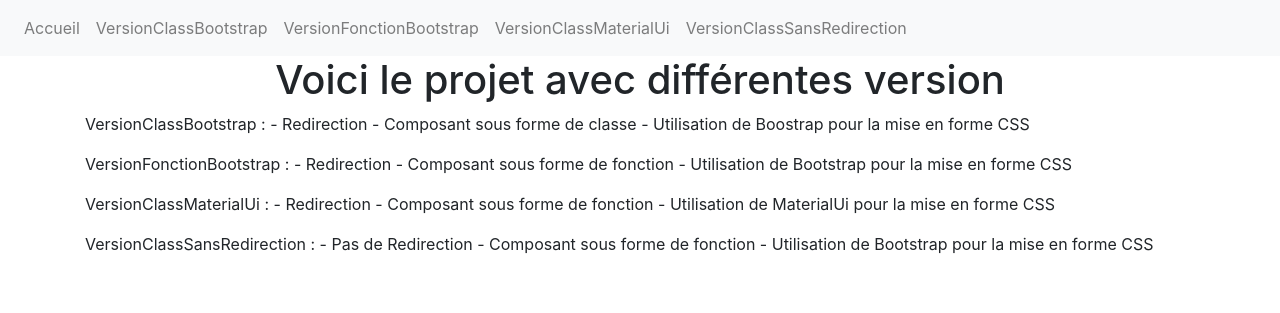
Repository: LudovicB21/CountryTest
Page: /
The author's editor kept a copy of each file at every save. The page is drawn from the files as they stood at one save, then again after the next save.
The browser window is 1280 px wide. The pictures show the whole page.
The project was rebuilt for these pictures with package versions that can differ from the ones it lists, and the page was loaded fresh each time. Also part of the build but not shown: src/components/VersionClassBootstrap/ListPays.components.js, src/components/VersionClassMaterialUi/ListPays.components.js, src/components/VersionFonctionBoostrap/ListPays.components.js, src/components/VersionSansRedirection/ListPays.component.js, src/components/VersionClassBootstrap/InfoPays.components.js, src/components/VersionClassMaterialUi/InfoPays.components.js, src/components/VersionFonctionBoostrap/InfoPays.components.js.

Above is the page before, as saved 2020-10-29 12:18:41.

### public/index.html
<!DOCTYPE html>
<html lang="en">
  <head>
    <meta charset="utf-8" />
    <link rel="icon" href="%PUBLIC_URL%/favicon.ico" />
    <link rel="stylesheet" href="https://cdn.jsdelivr.net/npm/bootstrap@4.5.3/dist/css/bootstrap.min.css" integrity="sha384-TX8t27EcRE3e/ihU7zmQxVncDAy5uIKz4rEkgIXeMed4M0jlfIDPvg6uqKI2xXr2" crossorigin="anonymous">
    <meta name="viewport" content="width=device-width, initial-scale=1" />
    <meta name="theme-color" content="#000000" />
    <meta
      name="description"
      content="Web site created using create-react-app"
    />
    <link rel="apple-touch-icon" href="%PUBLIC_URL%/logo192.png" />
    <!--
      manifest.json provides metadata used when your web app is installed on a
      user's mobile device or desktop. See https://developers.google.com/web/fundamentals/web-app-manifest/
    -->
    <link rel="manifest" href="%PUBLIC_URL%/manifest.json" />
    <link
      rel="stylesheet"
      href="https://maxcdn.bootstrapcdn.com/bootstrap/4.5.0/css/bootstrap.min.css"
      integrity="sha384-9aIt2nRpC12Uk9gS9baDl411NQApFmC26EwAOH8WgZl5MYYxFfc+NcPb1dKGj7Sk"
      crossorigin="anonymous"
    />
    <link rel="stylesheet" href="https://cdn.jsdelivr.net/npm/bootstrap@4.5.3/dist/css/bootstrap.min.css" integrity="sha384-TX8t27EcRE3e/ihU7zmQxVncDAy5uIKz4rEkgIXeMed4M0jlfIDPvg6uqKI2xXr2" crossorigin="anonymous">

    <!--
      Notice the use of %PUBLIC_URL% in the tags above.
      It will be replaced with the URL of the `public` folder during the build.
      Only files inside the `public` folder can be referenced from the HTML.

      Unlike "/favicon.ico" or "favicon.ico", "%PUBLIC_URL%/favicon.ico" will
      work correctly both with client-side routing and a non-root public URL.
      Learn how to configure a non-root public URL by running `npm run build`.
    -->
    <title>React App</title>
  </head>
  <body>
    <noscript>You need to enable JavaScript to run this app.</noscript>
    <div id="root"></div>
    <!--
      This HTML file is a template.
      If you open it directly in the browser, you will see an empty page.

      You can add webfonts, meta tags, or analytics to this file.
      The build step will place the bundled scripts into the <body> tag.

      To begin the development, run `npm start` or `yarn start`.
      To create a production bundle, use `npm run build` or `yarn build`.
    -->
  </body>
</html>

### src/App.js
import React from 'react';
import './App.css';
import ListPays from "./components/VersionClassBootstrap/ListPays.components"
import ListPaysMaterial from "./components/VersionClassMaterialUi/ListPays.components"
import ListPaysFonction from "./components/VersionFonctionBoostrap/ListPays.components"
import ListPaysSansRedirection from "./components/VersionSansRedirection/ListPays.component"
import Accueil from "./components/Accueil"
import { BrowserRouter as Router, Route, Switch} from 'react-router-dom'
import InfoPays from "./components/VersionClassBootstrap/InfoPays.components"
import InfosPaysMaterial from "./components/VersionClassMaterialUi/InfoPays.components"
import InfoPaysFonction from "./components/VersionFonctionBoostrap/InfoPays.components"
import Nav from "./components/Navigation"
function App() {
  return (
    <div className="App">
        <Router>
          <Nav />
          <Switch>
            <Route path="/"  exact component={Accueil} />
            <Route path="/VersionClassBootstrap" exact component={ListPays} />
            <Route path="/VersionFonctionBoostrap" exact component={ListPaysFonction} />
            <Route path="/VersionClassMaterialUi" exact component={ListPaysMaterial} />
            <Route path="/VersionSansRedirection" exact component={ListPaysSansRedirection} />
            <Route path="/VersionClassMaterialUi/:id" component={InfosPaysMaterial} />
            <Route path="/VersionClassBootstrap/:id"  component={InfoPays }/>
            <Route path="/VersionFonctionBoostrap/:id" component={InfoPaysFonction} />
          </Switch>
        </Router>
    </div>
  );
}

export default App;

### src/components/Accueil.js
import React, { Component } from 'react'

class Accueil extends Component {
    render() {
        return (
            <div className="container">
                <h1> Voici le projet avec différentes version  </h1>
                <div style={{textAlign: "left"}}>
                    <p> VersionClassBootstrap :{"\n"}
                        - Redirection
                        - Composant sous forme de classe
                        - Utilisation de Boostrap pour la mise en forme CSS
                    </p>
                    <p> VersionFonctionBootstrap :{"\n"}
                        - Redirection
                        - Composant sous forme de fonction
                        - Utilisation de Bootstrap pour la mise en forme CSS
                    </p>
                    <p> VersionClassMaterialUi :{"\n"}
                        - Redirection
                        - Composant sous forme de fonction
                        - Utilisation de MaterialUi pour la mise en forme CSS
                    </p>
                    <p> VersionClassSansRedirection :{"\n"}
                        - Pas de Redirection
                        - Composant sous forme de fonction
                        - Utilisation de Bootstrap pour la mise en forme CSS
                    </p>
                </div>
            </div>
        )
    }
}

export default Accueil

### src/components/Navigation.js
import React, { Component } from 'react';
import { Link } from 'react-router-dom';

class Navigation extends Component {
    render() {
        return (
            <nav className="navbar navbar-expand-lg navbar-light bg-light">
            <button className="navbar-toggler" type="button" data-toggle="collapse" data-target="#navbarNav" aria-controls="navbarNav" aria-expanded="false" aria-label="Toggle navigation">
                <span className="navbar-toggler-icon"></span>
            </button>
            <div className="collapse navbar-collapse" id="navbarNav">
                <ul className="navbar-nav">
                    <Link to="/">
                        <li className="nav-item">
                            <a className="nav-link">Accueil</a>
                        </li>
                    </Link>
                    <Link to="/VersionClassBootstrap">
                        <li className="nav-item">
                            <a className="nav-link">VersionClassBootstrap</a>
                        </li>
                    </Link>
                    <Link to="/VersionFonctionBoostrap">
                        <li className="nav-item">
                            <a className="nav-link">VersionFonctionBootstrap</a>
                        </li>
                    </Link>
                    <Link to="/VersionClassMaterialUi">
                        <li className="nav-item">
                            <a className="nav-link">VersionClassMaterialUi</a>
                        </li>
                    </Link>
                    <Link to="/VersionSansRedirection">
                        <li className="nav-item">
                            <a className="nav-link">VersionClassSansRedirection</a>
                        </li>
                    </Link>
                </ul>
            </div>
            </nav>
        )
    }
}

export default Navigation

Loaded but not shown: src/index.js (common file); src/index.css (common file); src/serviceWorker.js (common file); src/App.css (common file)

After the next save:
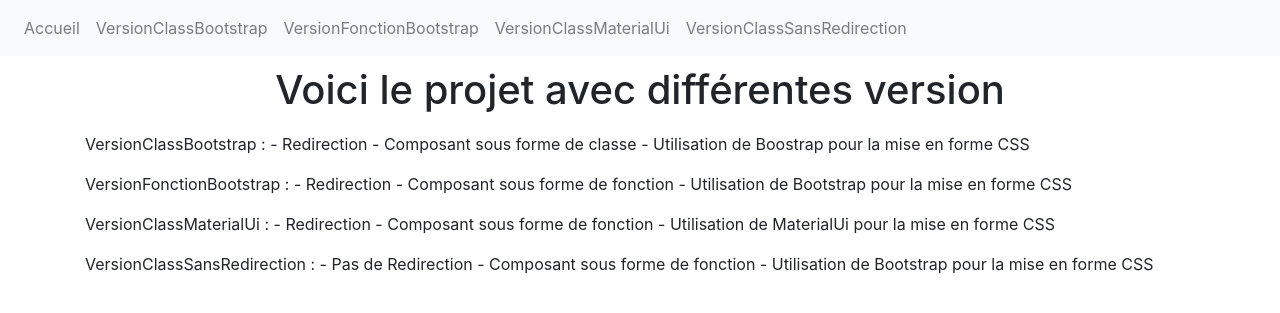
Saved 34 s later.
--- a/src/components/Accueil.js
+++ b/src/components/Accueil.js
@@ -4,7 +4,7 @@ class Accueil extends Component {
     render() {
         return (
             <div className="container">
-                <h1> Voici le projet avec différentes version  </h1>
+                <h1 style={{padding: "10px"}}> Voici le projet avec différentes version  </h1>
                 <div style={{textAlign: "left"}}>
                     <p> VersionClassBootstrap :{"\n"}
                         - Redirection
